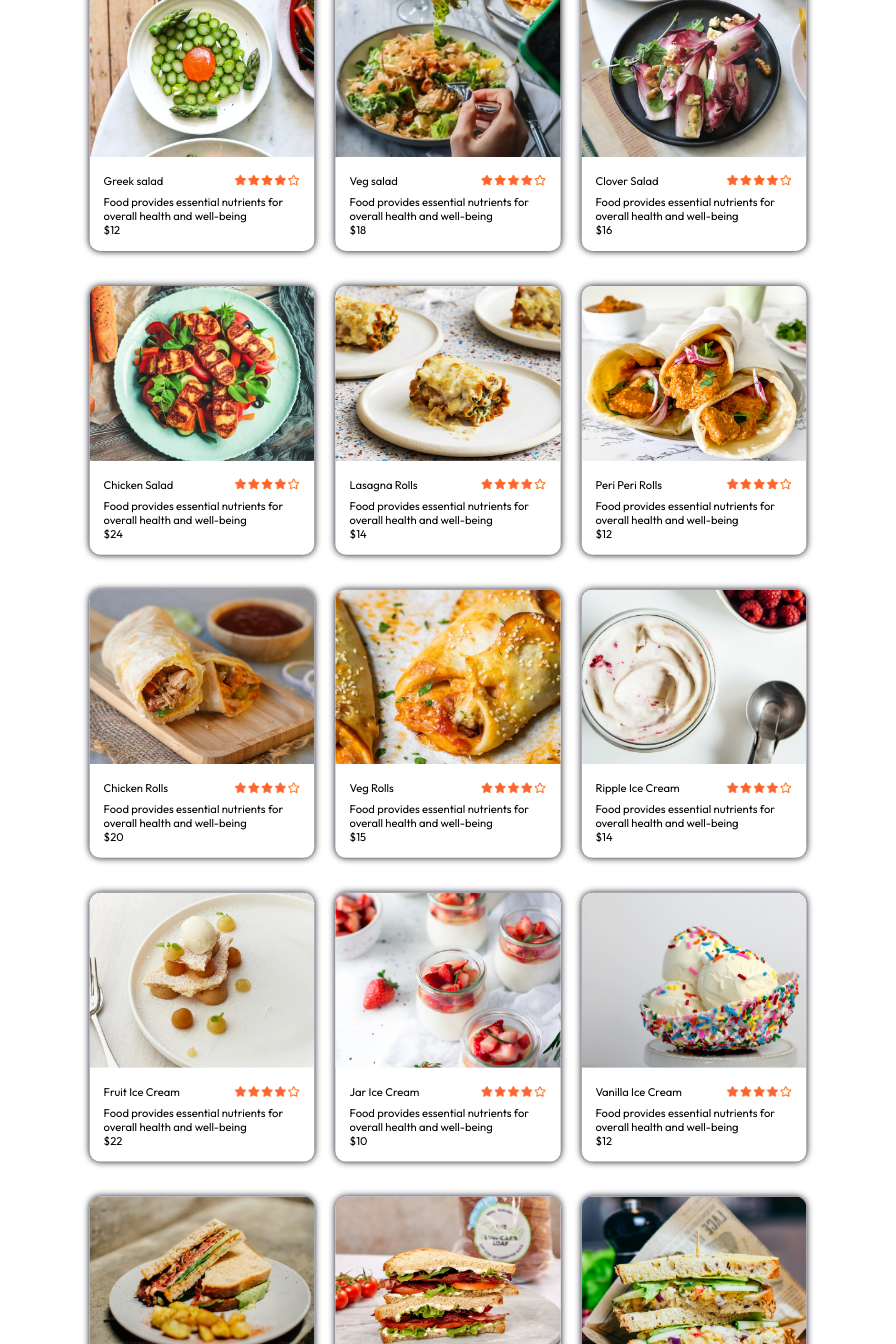
Repository: guilhermecardoso93/tomato-front-end
Page: /
The author's editor kept a copy of each file at every save. The page is drawn from the files as they stood at one save, then again after the next save.
The browser window is 1280 px wide. The pictures show the part of the page from y = 1018 to 2938 px (the page is 5716 px tall before and 5771 px after), at 70% of full size.
The project was rebuilt for these pictures with package versions that can differ from the ones it lists, and the page was loaded fresh each time. Also part of the build but not shown: vite.config.js, src/pages/Cart/styles.css, src/pages/Cart/index.jsx, src/pages/PlaceOrder/styles.css, src/pages/PlaceOrder/index.jsx.

Above is the page before, as saved 2024-10-30 19:35:56.

### index.html
<!doctype html>
<html lang="en">

<head>
    <meta charset="UTF-8" />
    <link rel="icon" type="image/svg+xml" href="" />
    <link rel="preconnect" href="https://fonts.googleapis.com">
    <link rel="preconnect" href="https://fonts.gstatic.com" crossorigin>
    <link href="https://fonts.googleapis.com/css2?family=Inter:ital,opsz,wght@0,14..32,100..900;1,14..32,100..900&family=Outfit:wght@100..900&display=swap" rel="stylesheet">
    <meta name="viewport" content="width=device-width, initial-scale=1.0" />
    <title>Tomato</title>
</head>

<body>
    <div id="root"></div>
    <script type="module" src="/src/main.jsx"></script>
</body>

</html>

### src/main.jsx
import { StrictMode } from "react";
import { createRoot } from "react-dom/client";
import "./index.css";
import { App } from "./App.jsx";
import { BrowserRouter } from "react-router-dom";
import StoreContextProvider from "./context/StoreContext.jsx";

createRoot(document.getElementById("root")).render(
  <BrowserRouter>
    <StoreContextProvider>
      <App />
    </StoreContextProvider>
  </BrowserRouter>
);

### src/index.css
* {
  padding: 0;
  margin: 0;
  box-sizing: border-box;
}

body {
  min-height: 100vh;
  font-family: "Outfit", sans-serif;
}

a {
  text-decoration: none;
  color: inherit;
}

.app {
  width: 80%;
  margin: auto;
}

@keyframes fadeIn {
  0% {
    opacity: 0;
  }

  100% {
    opacity: 1;
  }
}

### src/App.jsx
import { Routes, Route } from "react-router-dom";
import { Navbar } from "./components/Navbar";

import { Home } from "./pages/Home";
import { Cart } from "./pages/Cart";
import { PlaceOrder } from "./pages/PlaceOrder";

export function App() {
  return (
    <div className="app">
      <Navbar />
      <Routes>
        <Route path="/" element={<Home />} />
        <Route path="/cart" element={<Cart />} />
        <Route path="/order" element={<PlaceOrder />} />
      </Routes>
    </div>
  );
}

### src/context/StoreContext.jsx
import { createContext } from "react";
import { food_list } from "../assets/assets";

export const StoreContext = createContext(null);

const StoreContextProvider = (props) => {
  const contextValue = {
    food_list,
  };

  return (
    <StoreContext.Provider value={contextValue}>
      {props.children}
    </StoreContext.Provider>
  );
};

export default StoreContextProvider;

### src/components/Navbar/index.jsx
import { useState } from "react";
import { assets } from "../../assets/assets";
import "./styles.css";

export const Navbar = () => {
  const [menu, setMenu] = useState("Home");

  return (
    <div className="navbar">
      <img src={assets.logo} alt="Logo" className="logo" />
      <ul className="navbar-menu">
        <li
          onClick={() => setMenu("Home")}
          className={menu === "Home" ? "active" : ""}
        >
          Home
        </li>
        <li
          onClick={() => setMenu("Menu")}
          className={menu === "Menu" ? "active" : ""}
        >
          Menu
        </li>
        <li
          onClick={() => setMenu("MobileApp")}
          className={menu === "MobileApp" ? "active" : ""}
        >
          MobileApp
        </li>
        <li
          onClick={() => setMenu("Contact Us")}
          className={menu === "Contact Us" ? "active" : ""}
        >
          Contact Us
        </li>
      </ul>
      <div className="navbar-right">
        <img src={assets.search_icon} alt="" />
        <div className="navbar-search-icon">
          <img src={assets.basket_icon} alt="" />
          <div className="dot"></div>
        </div>
        <button>sign in</button>
      </div>
    </div>
  );
};

### src/pages/Home/index.jsx
import { useState } from "react";
import { ExplorerMenu } from "../../components/ExplorerMenu";
import { Header } from "../../components/Header";
import "./styles.css";
import { FoodDisplay } from "../../components/FoodDisplay/Index";

export const Home = () => {
  const [category, setCategory] = useState("All");

  return (
    <div>
      <Header />
      <ExplorerMenu category={category} setCategory={setCategory} />
      <FoodDisplay category={category} />
    </div>
  );
};

### src/assets/assets.js
import basket_icon from './icons/basket_icon.png'
import logo from './logo.png'
import header_img from './header_img.png'
import search_icon from './icons/search_icon.png'
import menu_1 from './menu/menu_1.png'
import menu_2 from './menu/menu_2.png'
import menu_3 from './menu/menu_3.png'
import menu_4 from './menu/menu_4.png'
import menu_5 from './menu/menu_5.png'
import menu_6 from './menu/menu_6.png'
import menu_7 from './menu/menu_7.png'
import menu_8 from './menu/menu_8.png'

import food_1 from './food/food_1.png'
import food_2 from './food/food_2.png'
import food_3 from './food/food_3.png'
import food_4 from './food/food_4.png'
import food_5 from './food/food_5.png'
import food_6 from './food/food_6.png'
import food_7 from './food/food_7.png'
import food_8 from './food/food_8.png'
import food_9 from './food/food_9.png'
import food_10 from './food/food_10.png'
import food_11 from './food/food_11.png'
import food_12 from './food/food_12.png'
import food_13 from './food/food_13.png'
import food_14 from './food/food_14.png'
import food_15 from './food/food_15.png'
import food_16 from './food/food_16.png'
import food_17 from './food/food_17.png'
import food_18 from './food/food_18.png'
import food_19 from './food/food_19.png'
import food_20 from './food/food_20.png'
import food_21 from './food/food_21.png'
import food_22 from './food/food_22.png'
import food_23 from './food/food_23.png'
import food_24 from './food/food_24.png'
import food_25 from './food/food_25.png'
import food_26 from './food/food_26.png'
import food_27 from './food/food_27.png'
import food_28 from './food/food_28.png'
import food_29 from './food/food_29.png'
import food_30 from './food/food_30.png'
import food_31 from './food/food_31.png'
import food_32 from './food/food_32.png'

import add_icon_white from './icons/add_icon_white.png'
import add_icon_green from './icons/add_icon_green.png'
import remove_icon_red from './icons/remove_icon_red.png'
import app_store from './icons/app_store.png'
import play_store from './icons/play_store.png'
import linkedin_icon from './icons/linkedin_icon.png'
import facebook_icon from './icons/facebook_icon.png'
import twitter_icon from './icons/twitter_icon.png'
import cross_icon from './icons/cross_icon.png'
import selector_icon from './icons/selector_icon.png'
import rating_starts from './icons/rating_starts.png'
import profile_icon from './icons/profile_icon.png'
import bag_icon from './icons/bag_icon.png'
import logout_icon from './icons/logout_icon.png'
import parcel_icon from './icons/parcel_icon.png'

export const assets = {
    logo,
    basket_icon,
    header_img,
    search_icon,
    rating_starts,
    add_icon_green,
    add_icon_white,
    remove_icon_red,
    app_store,
    play_store,
    linkedin_icon,
    facebook_icon,
    twitter_icon,
    cross_icon,
    selector_icon,
    profile_icon,
    logout_icon,
    bag_icon,
    parcel_icon
}

export const menu_list = [
    {
        menu_name: "Salad",
        menu_image: menu_1
    },
    {
        menu_name: "Rolls",
        menu_image: menu_2
    },
    {
        menu_name: "Deserts",
        menu_image: menu_3
    },
    {
        menu_name: "Sandwich",
        menu_image: menu_4
    },
    {
        menu_name: "Cake",
        menu_image: menu_5
    },
    {
        menu_name: "Pure Veg",
        menu_image: menu_6
    },
    {
        menu_name: "Pasta",
        menu_image: menu_7
    },
    {
        menu_name: "Noodles",
        menu_image: menu_8
    }]

export const food_list = [
    {
        _id: "1",
        name: "Greek salad",
        image: food_1,
        price: 12,
        description: "Food provides essential nutrients for overall health and well-being",
        category: "Salad"
    },
    {
        _id: "2",
        name: "Veg salad",
        image: food_2,
        price: 18,
        description: "Food provides essential nutrients for overall health and well-being",
        category: "Salad"
    }, {
        _id: "3",
        name: "Clover Salad",
        image: food_3,
        price: 16,
        description: "Food provides essential nutrients for overall health and well-being",
        category: "Salad"
    }, {
        _id: "4",
        name: "Chicken Salad",
        image: food_4,
        price: 24,
        description: "Food provides essential nutrients for overall health and well-being",
        category: "Salad"
    }, {
        _id: "5",
        name: "Lasagna Rolls",
        image: food_5,
        price: 14,
        description: "Food provides essential nutrients for overall health and well-being",
        category: "Rolls"
    }, {
        _id: "6",
        name: "Peri Peri Rolls",
        image: food_6,
        price: 12,
        description: "Food provides essential nutrients for overall health and well-being",
        category: "Rolls"
    }, {
        _id: "7",
        name: "Chicken Rolls",
        image: food_7,
        price: 20,
        description: "Food provides essential nutrients for overall health and well-being",
        category: "Rolls"
    }, {
        _id: "8",
        name: "Veg Rolls",
        image: food_8,
        price: 15,
        description: "Food provides essential nutrients for overall health and well-being",
        category: "Rolls"
    }, {
        _id: "9",
        name: "Ripple Ice Cream",
        image: food_9,
        price: 14,
        description: "Food provides essential nutrients for overall health and well-being",
        category: "Deserts"
    }, {
        _id: "10",
        name: "Fruit Ice Cream",
        image: food_10,
        price: 22,
        description: "Food provides essential nutrients for overall health and well-being",
        category: "Deserts"
    }, {
        _id: "11",
        name: "Jar Ice Cream",
        image: food_11,
        price: 10,
        description: "Food provides essential nutrients for overall health and well-being",
        category: "Deserts"
    }, {
        _id: "12",
        name: "Vanilla Ice Cream",
        image: food_12,
        price: 12,
        description: "Food provides essential nutrients for overall health and well-being",
        category: "Deserts"
    },
    {
        _id: "13",
        name: "Chicken Sandwich",
        image: food_13,
        price: 12,
        description: "Food provides essential nutrients for overall health and well-being",
        category: "Sandwich"
    },
    {
        _id: "14",
        name: "Vegan Sandwich",
        image: food_14,
        price: 18,
        description: "Food provides essential nutrients for overall health and well-being",
        category: "Sandwich"
    }, {
        _id: "15",
        name: "Grilled Sandwich",
        image: food_15,
        price: 16,
        description: "Food provides essential nutrients for overall health and well-being",
        category: "Sandwich"
    }, {
        _id: "16",
        name: "Bread Sandwich",
        image: food_16,
        price: 24,
        description: "Food provides essential nutrients for overall health and well-being",
        category: "Sandwich"
    }, {
        _id: "17",
        name: "Cup Cake",
        image: food_17,
        price: 14,
        description: "Food provides essential nutrients for overall health and well-being",
        category: "Cake"
    }, {
        _id: "18",
        name: "Vegan Cake",
        image: food_18,
        price: 12,
        description: "Food provides essential nutrients for overall health and well-being",
        category: "Cake"
    }, {
        _id: "19",
        name: "Butterscotch Cake",
        image: food_19,
        price: 20,
        description: "Food provides essential nutrients for overall health and well-being",
        category: "Cake"
    }, {
        _id: "20",
        name: "Sliced Cake",
        image: food_20,
        price: 15,
        description: "Food provides essential nutrients for overall health and well-being",
        category: "Cake"
    }, {
        _id: "21",
        name: "Garlic Mushroom ",
        image: food_21,
        price: 14,
        description: "Food provides essential nutrients for overall health and well-being",
        category: "Pure Veg"
    }, {
        _id: "22",
        name: "Fried Cauliflower",
        image: food_22,
        price: 22,
        description: "Food provides essential nutrients for overall health and well-being",
        category: "Pure Veg"
    }, {
        _id: "23",
        name: "Mix Veg Pulao",
        image: food_23,
        price: 10,
        description: "Food provides essential nutrients for overall health and well-being",
        category: "Pure Veg"
    }, {
        _id: "24",
        name: "Rice Zucchini",
        image: food_24,
        price: 12,
        description: "Food provides essential nutrients for overall health and well-being",
        category: "Pure Veg"
    },
    {
        _id: "25",
        name: "Cheese Pasta",
        image: food_25,
        price: 12,
        description: "Food provides essential nutrients for overall health and well-being",
        category: "Pasta"
    },
    {
        _id: "26",
        name: "Tomato Pasta",
        image: food_26,
        price: 18,
        description: "Food provides essential nutrients for overall health and well-being",
        category: "Pasta"
    }, {
        _id: "27",
        name: "Creamy Pasta",
        image: food_27,
        price: 16,
        description: "Food provides essential nutrients for overall health and well-being",
        category: "Pasta"
    }, {
        _id: "28",
        name: "Chicken Pasta",
        image: food_28,
        price: 24,
        description: "Food provides essential nutrients for overall health and well-being",
        category: "Pasta"
    }, {
        _id: "29",
        name: "Buttter Noodles",
        image: food_29,
        price: 14,
        description: "Food provides essential nutrients for overall health and well-being",
        category: "Noodles"
    }, {
        _id: "30",
        name: "Veg Noodles",
        image: food_30,
        price: 12,
        description: "Food provides essential nutrients for overall health and well-being",
        category: "Noodles"
    }, {
        _id: "31",
        name: "Somen Noodles",
        image: food_31,
        price: 20,
        description: "Food provides essential nutrients for overall health and well-being",
        category: "Noodles"
    }, {
        _id: "32",
        name: "Cooked Noodles",
        image: food_32,
        price: 15,
        description: "Food provides essential nutrients for overall health and well-being",
        category: "Noodles"
    }
]

### src/components/Navbar/styles.css
.navbar {
  padding: 20px 0;
  display: flex;
  justify-content: space-between;
  align-items: center;
}

.navbar .logo {
  width: 150px;
}

.navbar-menu {
  display: flex;
  list-style: none;
  gap: 10px;
  color: #49557c;
  font-size: 18px;
}

.navbar li {
  cursor: pointer
}

.navbar-right {
  display: flex;
  align-items: center;
  gap: 40px;
}

.navbar button {
  background: transparent;
  font-size: 16px;
  color: #49557c;
  border: 1px solid tomato;
  padding: 10px 30px;
  border-radius: 50px;
  cursor: pointer;
  transition: 0.3s;
}

.navbar button:hover {
  background: #fff4f2;
}

.navbar .active {
  padding-bottom: 2px;
  border-bottom: 2px solid #49557c;
}

.navbar-search-icon {
  position: relative;
}

.navbar-search-icon .dot {
  position: absolute;
  min-height: 10px;
  min-width: 10px;
  background-color: tomato;
  border-radius:  5px;
  top: -8px;
  right: -8px;
}

### src/components/ExplorerMenu/index.jsx
import { menu_list } from "../../assets/assets";

import "./styles.css";

export const ExplorerMenu = ({ category, setCategory }) => {
  return (
    <div className="explorer-menu" id="explore-menu">
      <h1>Explore our menu</h1>
      <p className="explore-menu-text">
        Choose from a diverse menu featuring a delectable arrays os dishes
        crafted with the finest ingredients and culinary expertise. Our mission
        is to satisfy your cravings and elevate your dining experience, one
        delicious meal at a time.
      </p>
      <div className="explore-menu-list">
        {menu_list.map((item, index) => {
          return (
            <div
              className="explore-menu-list-item"
              key={index}
              onClick={() =>
                setCategory((prev) =>
                  prev === item.menu_name ? "All" : item.menu_name
                )
              }
            >
              <img
                src={item.menu_image}
                alt=""
                className={category === item.menu_name ? "active" : ""}
              />
              <p className={category === item.menu_name ? "active-text" : ""}>
                {item.menu_name}
              </p>
            </div>
          );
        })}
      </div>
      <hr />
    </div>
  );
};

### src/components/Header/index.jsx
import "./styles.css";

export const Header = () => {
  return (
    <div className="header">
      <div className="header-container">
        <h2>Oder your favorite food here</h2>
        <p>
          Choose from a diverse menu featuring a delectable arrays os dishes
          crafted with the finest ingredients and culinary expertise. Our
          mission is to satisfy your cravings and elevate your dining
          experience, one delicious meal at a time.
        </p>
        <button> View Menu</button>
      </div>
    </div>
  );
};

### src/components/FoodDisplay/Index.jsx
import { useContext } from "react";
import { StoreContext } from "../../context/StoreContext";
import { FoodItem } from "../FoodItem";

import "./styles.css";

export const FoodDisplay = ({ category }) => {
  const { food_list } = useContext(StoreContext);

  return (
    <div className="food-display" id="food-display">
      <h2>Top Dishes near you</h2>
      <div className="food-display-list">
        {food_list.map((item, index) => {
          return (
            <FoodItem
              key={index}
              id={item.id}
              name={item.name}
              description={item.description}
              price={item.price}
              image={item.image}
            />
          );
        })}
      </div>
    </div>
  );
};

### src/components/ExplorerMenu/styles.css
.explorer-menu {
  display: flex;
  flex-direction: column;
  gap: 1rem;
}

.explorer-menu h1 {
  color: #262626;
  font-size: 500;
}

.explore-menu-text {
  max-width: 60%;
  color: #808080;
}

.explore-menu-list {
  display: flex;
  justify-content: space-between;
  align-items: center;
  gap: 30px;
  text-align: center;
  margin: 20px 0px;
  overflow-x: scroll;
}

.explore-menu-list::-webkit-scrollbar {
  display: none;
}

.explore-menu-list img {
  width: 7.5vw;
  min-width: 80px;
  cursor: pointer;
  border-radius: 50%;
  transition: 0.2s;
}

.explore-menu-list p {
  margin-top: 10px;
  color: #747474;
  font-size: max(1.4vw, 16px);
  cursor: pointer;
}

.explore-menu hr {
  margin: 10px 0px;
  height: 2px;
  background: #e2e2e2;
  border: none;
}

.explore-menu-list .active {
  border: 4px solid tomato;
  padding: 2px;
}

.explore-menu-list .active-text {
  color: tomato;
}

### src/components/Header/styles.css
.header {
  height: 34vw;
  margin: 30px auto;
  background: url('../../assets/header_img.png') no-repeat;
  background-size: contain;
  position: relative;
}



.header-container {
  position: absolute;
  display: flex;
  flex-direction: column;
  align-items: start;
  padding: 20px;
  gap: 1.5vw;
  max-width: 52%;
  bottom: 10%;
  animation: fadeIn 3s;
}


.header-container h2 {
  font-weight: 500;
  color: #f2f2f2f2;
  font-size: max(4.5vw, 22px);
}


.header-container p {
  color: #f2f2f2f2;
  font-size: 1vw;
}


.header-container button {
  border: none;
  color: #747474;
  font-weight: 700;
  padding: 1vw 2.3vw;
  background: white;
  font-size: max(1vw, 13px);
  border-radius: 50px;
}

### src/components/FoodItem/index.jsx
import { assets } from "../../assets/assets";
import "./styles.css";

export const FoodItem = ({ id, name, price, description, image }) => {
  return (
    <div className="food-item" id={id}>
      <div className="food-item-image-container">
        <img src={image} alt="" className="food-item-image" />
      </div>
      <div className="food-item-info">
        <div className="food-item-name-rating">
          <p>{name}</p>
          <img src={assets.rating_starts} alt="" />
        </div>
        <p className="food-item-description">{description}</p>
        <p className="food-item-price">${price}</p>
      </div>
    </div>
  );
};

### src/components/FoodDisplay/styles.css
.food-display {
  margin-top: 30px;
}

.food-display h2 {
  font-size: max(2vw, 24px);
  font-weight: 600;
}


.food-display-list {
  display: grid;
  grid-template-columns: repeat(auto-fill, minmax(240px, 1fr));
  margin-top: 30px;
  gap: 30px;
  row-gap: 50px;
}

### src/components/FoodItem/styles.css
.food-item {
  width: 100%;
  margin: auto;
  border-radius: 15px;
  box-shadow: 0px 0px 10px #000015;
  transition: 0.3s;
  animation: fadeIn 1s;
}

.food-item-image {
  width: 100%;
  border-radius: 15px 15px 0px 0px;
}

.food-item-info {
  padding: 20px;
}

.food-item-name-rating {
  display: flex;
  justify-content: space-between;
  align-items: center;
  margin-bottom: 10px;
}

Loaded but not shown: src/pages/Home/styles.css (no stored copy; drawn as an empty file)

After the next save:
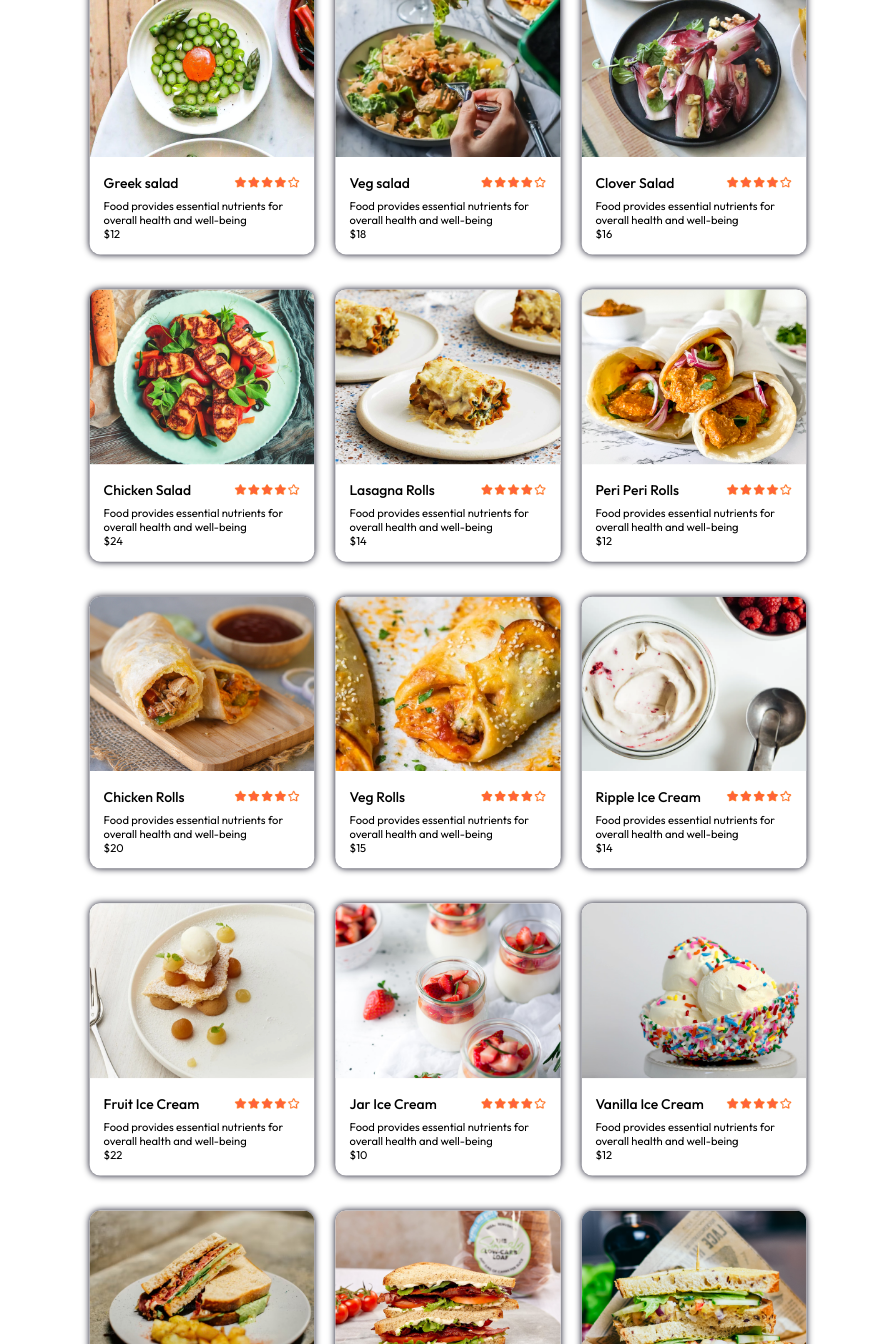
Saved 39 s later.
--- a/src/components/FoodItem/styles.css
+++ b/src/components/FoodItem/styles.css
@@ -22,3 +22,12 @@
   align-items: center;
   margin-bottom: 10px;
 }
+
+.food-item-name-rating p {
+  font-size: 20px;
+  font-weight: 500;
+}
+
+.food-item-info {
+
+}
